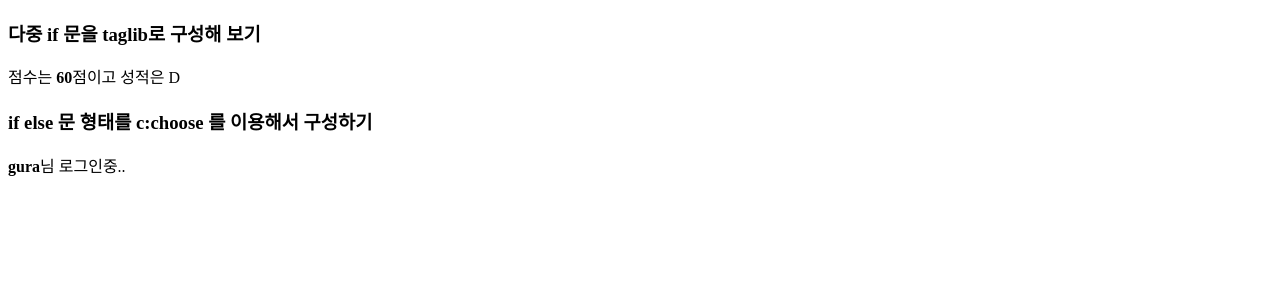
Repository: hyunhee7/web_work
Page: http://localhost/Step17_JSTL/jstl/test03.jsp
The author's editor kept a copy of each file at every save. The page is drawn from the files as they stood at one save, then again after the next save.
The browser window is 1280 px wide. The pictures show the whole page.
The page is served by Tomcat 9.

Above is the page before, as saved 2017-07-12 07:07:23.

After the next save:
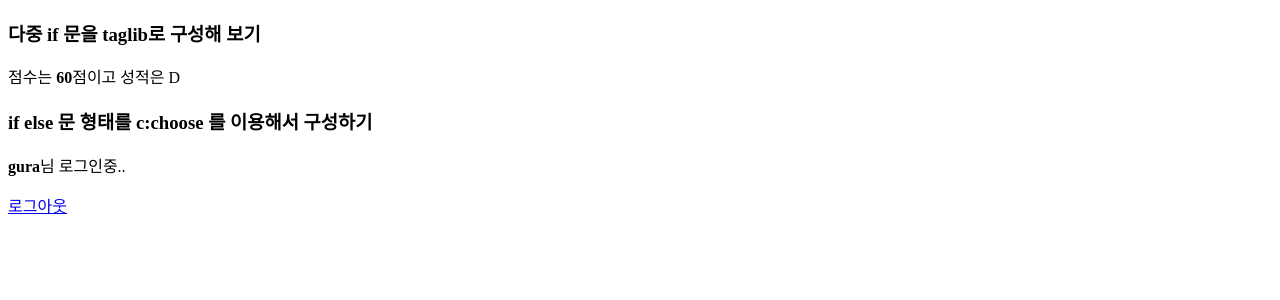
Saved 43 s later.
--- a/Step17_JSTL/WebContent/jstl/test03.jsp
+++ b/Step17_JSTL/WebContent/jstl/test03.jsp
@@ -33,6 +33,7 @@
 	<c:choose>
 		<c:when test="${ not empty id }">
 			<p><strong>${id }</strong>님 로그인중..</p>
+			<a href="logout.jsp">로그아웃</a>
 		</c:when>
 		<c:otherwise>
 			<form action="signin.jsp" method="post">
